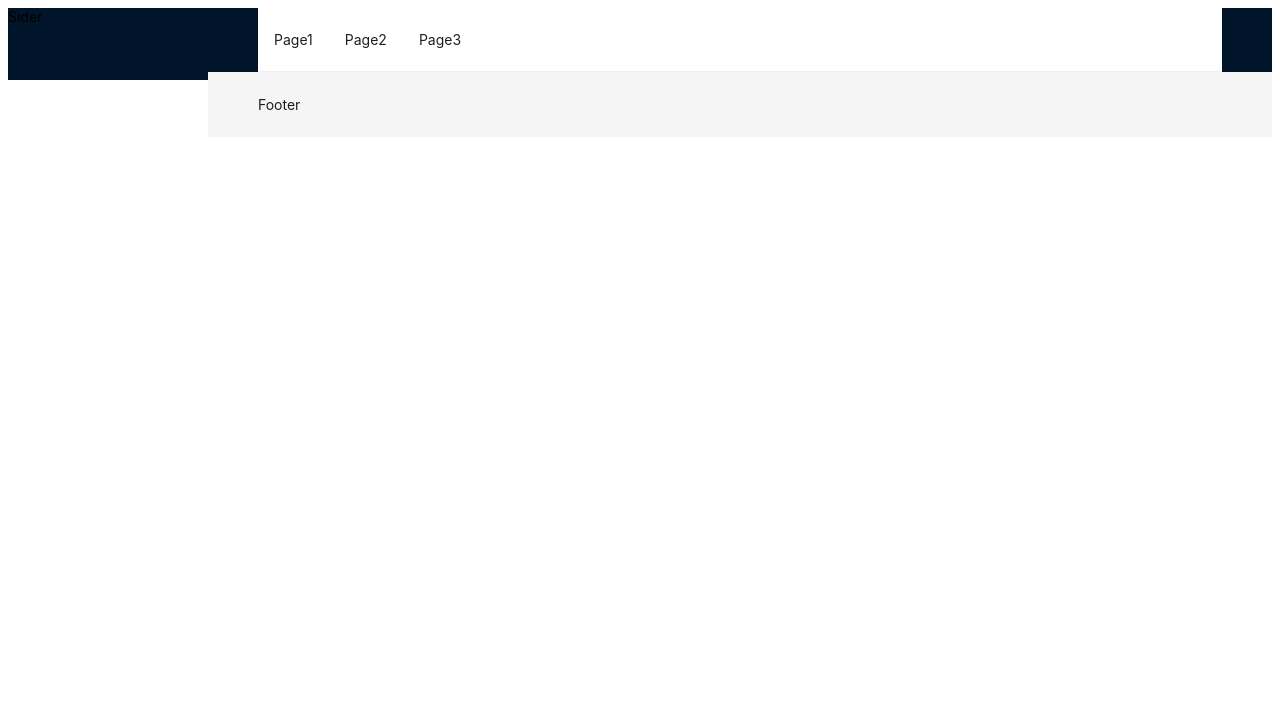
Repository: BESTETURKMEN/e-commerce
Page: /
These files come from the project's save history. The page is drawn as it stood at one moment and after the next save; the edit follows.
The browser window is 1280 px wide. The pictures show the whole page.
The project was rebuilt for these pictures with package versions that can differ from the ones it lists, and the page was loaded fresh each time. Also part of the build but not shown: webpack.config.js, src/pages/page2.jsx, src/pages/page3.jsx.

Above is the page before, as saved 2023-08-21 10:01:17.

### public/index.html
<!DOCTYPE html>
<html lang="en">
  <head>
    <meta charset="utf-8" />

    <meta name="viewport" content="width=device-width, initial-scale=1" />
    <meta name="theme-color" content="#000000" />
    <meta
      name="description"
      content="Web site created using create-react-app"
    />
    <link rel="apple-touch-icn" href="" />

    <title>React App</title>
  </head>
  <body>
    <noscript>You need to enable JavaScript to run this app.</noscript>
    <div id="root"></div>
  </body>
</html>

### src/index.js
import React from "react";
import ReactDOM from "react-dom/client";

import { HashRouter } from "react-router-dom";

import reportWebVitals from "./reportWebVitals";
import RouteWrapper from "./config/routeWrapper";

const root = ReactDOM.createRoot(document.getElementById("root"));
root.render(
  <React.StrictMode>
    <HashRouter>
      <RouteWrapper />
    </HashRouter>
  </React.StrictMode>
);

// If you want to start measuring performance in your app, pass a function
// to log results (for example: reportWebVitals(console.log))
// or send to an analytics endpoint. Learn more: https://bit.ly/CRA-vitals
reportWebVitals();

### src/config/routeWrapper.jsx
import React from "react";
import { Route, Routes } from "react-router";

import Index from "../layout";
import Page1 from "../pages/page1";
import Page2 from "../pages/page2";
import Page3 from "../pages/page3";

export default function RouteWrapper() {
  return (
    <div>
      <Routes>
        <Route element={<Index />}>
          <Route path="/" element={<Page1 />} />
          <Route path="/Page2" element={<Page2 />} />
          <Route path="/Page3" element={<Page3 />} />
        </Route>
      </Routes>
    </div>
  );
}

### src/layout/index.jsx
import React from "react";
import { Outlet } from "react-router";
import { Layout } from "antd";

import Footer from "./footer";
import Header from "./header";

import "./layout.scss";
import Sider from "./sider";

export default function Index() {
  return (
    <div className="layout">
      <Layout>
        <Layout.Sider>
          <Sider />
        </Layout.Sider>
        <Layout>
          <Layout.Header>
            <Header />
          </Layout.Header>
          <Layout.Content className="content">
            <Outlet />
          </Layout.Content>
          <Layout.Footer>
            <Footer />
          </Layout.Footer>
        </Layout>
      </Layout>
    </div>
  );
}

### src/pages/page1.jsx
import React from "react";

export default function Page1() {
  return <div>Page1</div>;
}

### src/layout/header.jsx
import { Menu } from "antd";
import React from "react";
import { Link } from "react-router-dom";
import "./layout.scss";

export default function Header() {
  const menu = [
    {
      key: "1",
      label: "Page1",
      path: "/",
    },
    {
      key: "2",
      label: "Page2",
      path: "/Page2",
    },
    {
      key: "3",
      label: "Page3",
      path: "/Page3",
    },
  ];
  return (
    <div>
      <div className="menuLine">
        <Menu mode="horizontal">
          {menu.map((item) => (
            <Menu.Item key={item.key}>
              <Link to={item.path}>{item.label}</Link>
            </Menu.Item>
          ))}
        </Menu>
      </div>
    </div>
  );
}

### src/layout/layout.scss
.layout {
  .ant-layout {
    height: 10vh;
  }
}

### src/layout/sider.jsx
import React from "react";

export default function Sider() {
  return <div>Sider</div>;
}

Loaded but not shown: src/reportWebVitals.js (common file); src/layout/footer.jsx (common file)

After the next save:
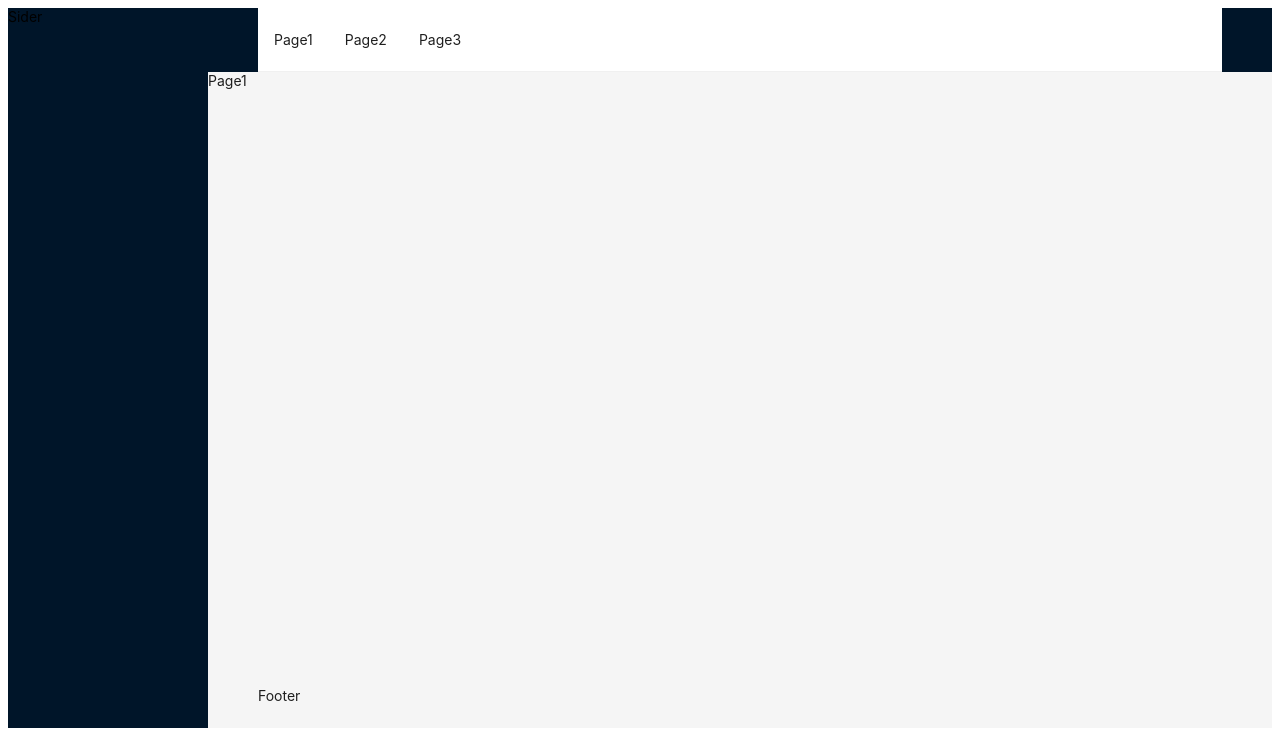
Saved 4 s later.
--- a/src/layout/layout.scss
+++ b/src/layout/layout.scss
@@ -1,5 +1,5 @@
 .layout {
   .ant-layout {
-    height: 10vh;
+    height: 100vh;
   }
 }
